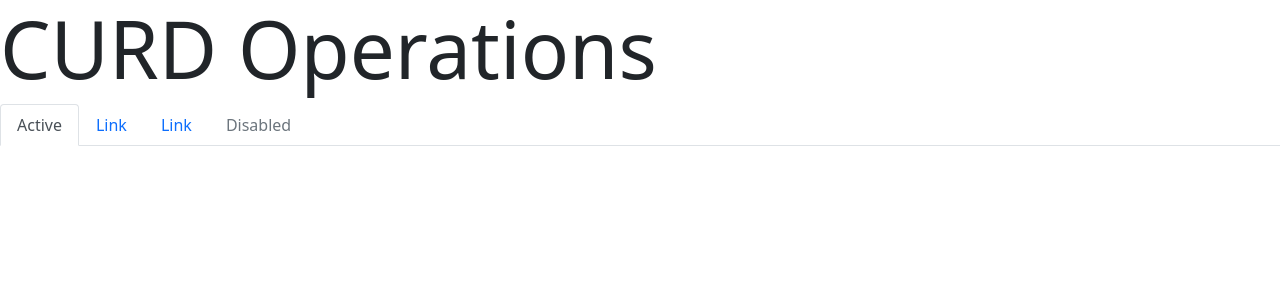
Repository: code8sam/SpringAndSpringBoot
Page: http://localhost/curdoperationsusingmvc/employee/display
An editor plug-in stored every save of this project. The page is shown before and after the next save, followed by the edit.
The browser window is 1280 px wide. The pictures show the whole page.
The page is served by Tomcat 9.

Above is the page before, as saved 2022-04-07 11:54:14.

After the next save:
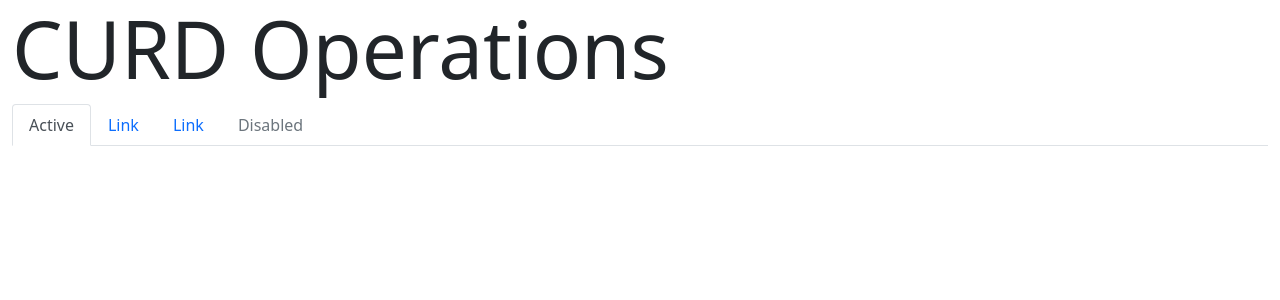
Saved 2 min 2 s later.
--- a/springs/HESE7/curdoperationsusingmvc/src/main/webapp/WEB-INF/views/displayAllEmployees.jsp
+++ b/springs/HESE7/curdoperationsusingmvc/src/main/webapp/WEB-INF/views/displayAllEmployees.jsp
@@ -6,18 +6,27 @@
 <meta http-equiv="Content-Type" content="text/html; charset=ISO-8859-1">
 <title>All Employees</title>
 
-<link href="https://cdn.jsdelivr.net/npm/bootstrap@5.1.3/dist/css/bootstrap.min.css" rel="stylesheet" integrity="sha384-1BmE4kWBq78iYhFldvKuhfTAU6auU8tT94WrHftjDbrCEXSU1oBoqyl2QvZ6jIW3" crossorigin="anonymous">
-<script src="https://cdn.jsdelivr.net/npm/bootstrap@5.1.3/dist/js/bootstrap.bundle.min.js" integrity="sha384-ka7Sk0Gln4gmtz2MlQnikT1wXgYsOg+OMhuP+IlRH9sENBO0LRn5q+8nbTov4+1p" crossorigin="anonymous"></script>
+<link
+	href="https://cdn.jsdelivr.net/npm/bootstrap@5.1.3/dist/css/bootstrap.min.css"
+	rel="stylesheet"
+	integrity="sha384-1BmE4kWBq78iYhFldvKuhfTAU6auU8tT94WrHftjDbrCEXSU1oBoqyl2QvZ6jIW3"
+	crossorigin="anonymous">
+<script
+	src="https://cdn.jsdelivr.net/npm/bootstrap@5.1.3/dist/js/bootstrap.bundle.min.js"
+	integrity="sha384-ka7Sk0Gln4gmtz2MlQnikT1wXgYsOg+OMhuP+IlRH9sENBO0LRn5q+8nbTov4+1p"
+	crossorigin="anonymous"></script>
 </head>
 <body>
-	<h1 class="display-1">CURD Operations</h1>
+	<div class="container-fluid">
+		<h1 class="display-1">CURD Operations</h1>
 
-	<ul class="nav nav-tabs">
-		<li class="nav-item"><a class="nav-link active"
-			aria-current="page" href="#">Active</a></li>
-		<li class="nav-item"><a class="nav-link" href="#">Link</a></li>
-		<li class="nav-item"><a class="nav-link" href="#">Link</a></li>
-		<li class="nav-item"><a class="nav-link disabled">Disabled</a></li>
-	</ul>
+		<ul class="nav nav-tabs">
+			<li class="nav-item"><a class="nav-link active"
+				aria-current="page" href="#">Active</a></li>
+			<li class="nav-item"><a class="nav-link" href="#">Link</a></li>
+			<li class="nav-item"><a class="nav-link" href="#">Link</a></li>
+			<li class="nav-item"><a class="nav-link disabled">Disabled</a></li>
+		</ul>
+	</div>
 </body>
 </html>
